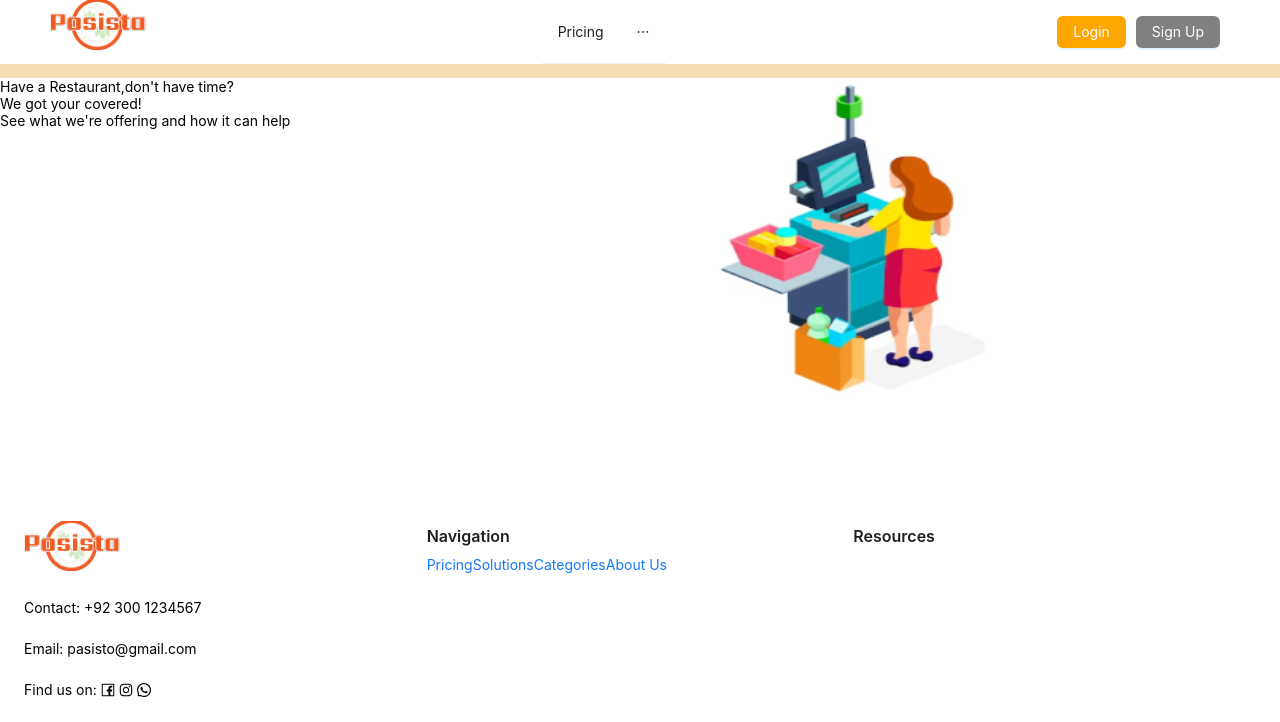
Repository: usmanarshad90/Posista
Page: / (app in test/)
An editor plug-in stored every save of this project. The page is shown before and after the next save, followed by the edit.
The browser window is 1280 px wide. The pictures show the whole page.
The project was rebuilt for these pictures with package versions that can differ from the ones it lists, and the page was loaded fresh each time. Also part of the build but not shown: test/src/components/Pricing/Pricing.jsx, test/src/components/Solution/Solutions.jsx, test/src/components/About/AboutUs.jsx, test/src/components/login/login.jsx, test/src/components/signup/signup.jsx.

Above is the page before, as saved 2023-11-28 14:29:59.

### test/public/index.html
<!DOCTYPE html>
<html lang="en">
  <head>
    <meta charset="utf-8" />
    <link rel="icon" href="%PUBLIC_URL%/favicon.ico" />
    <meta name="viewport" content="width=device-width, initial-scale=1" />
    <meta name="theme-color" content="#000000" />
    <meta
      name="description"
      content="Web site created using create-react-app"
    />
    <link rel="apple-touch-icon" href="%PUBLIC_URL%/logo192.png" />

    <link rel="manifest" href="%PUBLIC_URL%/manifest.json" />

    <title>Posisto</title>
  </head>
  <body>
    <noscript>You need to enable JavaScript to run this app.</noscript>
    <div id="root"></div>



  </body>
</html>

### test/src/index.css
body {
  margin: 0;
  font-family: -apple-system, BlinkMacSystemFont, 'Segoe UI', 'Roboto', 'Oxygen',
    'Ubuntu', 'Cantarell', 'Fira Sans', 'Droid Sans', 'Helvetica Neue',
    sans-serif;
  -webkit-font-smoothing: antialiased;
  -moz-osx-font-smoothing: grayscale;
}

code {
  font-family: source-code-pro, Menlo, Monaco, Consolas, 'Courier New',
    monospace;
}
.background{
  background-image: url("./images/background.jpg")!important;

}



/* .container{
  max-width: 1000px;
  margin: auto;
  width: 100%;
  padding-inline: 1rem;
  padding-block:5rem;

} */

### test/src/App.js
import {BrowserRouter  as Router , Routes , Route} from 'react-router-dom'
import Home from './components/Home/Home';

import Pricing from './components/Pricing/Pricing';
import Solutions from './components/Solution/Solutions';
import AboutUs from './components/About/AboutUs';
import Login from './components/login/login';
import SignUp from './components/signup/signup';


function App() {
  return (
    <Router>
    {/* if i can do it like this all pages come on the header */}

      <Routes>

        {/* if i can do it like this header individually come on the each page*/}

        <Route path="/" element={< Home/>} />
        <Route path="/login" element={<Login/>}/>
        <Route path="/signup" element={<SignUp/>} />

        <Route path="/pricing" element={< Pricing/>} />
        <Route path="/solution" element={< Solutions/>} />
        <Route path="/about" element={<AboutUs/>} />

        </Routes>
        {/* for footer i can call here */}

        </Router>
  );
}

export default App;

### test/src/components/Home/Home.jsx
import React from 'react'
import PageHeader from '../PageHeader/PageHeader'
import HeroSection from '../HeroSection/HeroSection'
import PageFooter from '../Footer/Footer'

const Home = () => {
  return (
    <>
    <PageHeader/>
    <HeroSection/>



    <PageFooter/>

    </>
  )
}

export default Home

### test/src/components/PageHeader/PageHeader.jsx
import React from 'react'
import { Layout, Menu, Button, Row, Col } from 'antd';
import { Link } from 'react-router-dom';
import logoimage from '../../images/posistologo.png'
import {HomeOutlined, UserOutlined,SettingOutlined,} from '@ant-design/icons';

const { Header } = Layout;
const PageHeader = () => {
  return (
    <Row>
      <Col lg={24} xl={24} md={12} xs={4} >
    <Layout className="layout">
    <Header style={{ display: 'flex', justifyContent: 'space-between' ,backgroundColor: 'white' }}>
      <div className="logo" >

      <Link to={'/'}><img src={logoimage} alt="" width="100px"  /></Link>
        </div>
      <Menu  mode="horizontal" style={ {color:'black',backgroundColor: 'transparent'}} >
        <Link to={'/pricing'} ><Menu.Item key="1" >Pricing</Menu.Item></Link>


        <Link to={'/solution'} ><Menu.Item key="2" >Solutions</Menu.Item></Link>

        <Link to={'/about'} ><Menu.Item key="3" >About Us</Menu.Item></Link>
      </Menu>

      <div>

        <Link to="/login"><Button type="primary" style={{ marginRight: '10px', backgroundColor: 'orange' }}>Login</Button>
        </Link>
        <Link to="/signup"><Button type="primary" style={{ marginRight: '10px', backgroundColor: 'grey' }}>Sign Up</Button></Link>
      </div>




    </Header>
  </Layout>
  </Col>
  </Row>
  )
}

export default PageHeader;

### test/src/components/HeroSection/HeroSection.jsx
import React from 'react'
import { Row,Col,Image,Divider} from 'antd';

import image from '../../images/design.png'

const HeroSection = () => {




      const DemoBox = (props) => <p className={`height-${props.value}`}>{props.children}</p>;
  return (
    <>
    <Row  >
      <Col  lg={{ span:24, order: 1 }} md={24} xs={24} xl={24} xxl={24}  style={{background:'wheat'}}>
      <DemoBox value={'100%'}> </DemoBox>
        </Col>

    <Col lg={{ span: 12, order: 2 }} md={8} xs={4} xl={12}>

    <div   >

         Have a Restaurant,don't have time? <br />
         We got your covered! <br/>

         <div   >See what we're offering and how it can help <br />


         </div>
    </div>
    </Col>
    <Col lg={{ span: 12, order: 3 }}md={8} xs={4} xl={12}>
    <Image width={'70%'} preview={false} height={'90%'} src={image} alt="#" />

    </Col>
   </Row>
   </>
  )
}

export default HeroSection

### test/src/components/Footer/Footer.jsx
import React from 'react'
import { Layout, Menu, Row, Col, Typography } from 'antd';
import { Link } from 'react-router-dom';
import logoimage from '../../images/posistologo.png';
import { FacebookOutlined,InstagramOutlined , WhatsAppOutlined} from '@ant-design/icons';
// const {PageFooter}=Layout;




const Footer = () => {
  const style = {
    background: '',
    text_align:'left',
    padding: ' 12px ',



  };


  return (
    <Row><Col  lg={{ span:8, order: 1 }} md={6} xs={4} xl={8} xxl={8} style={style} >

      <div style={style} className="logo" >

      <Link to={'/'}><img src={logoimage} alt="" width="100px"  /></Link>
      </div>
      <div style={style}>Contact: +92 300 1234567</div>
      <div style={style}>Email: pasisto@gmail.com</div>
      <div style={style}>Find us on: <FacebookOutlined  /> <InstagramOutlined /> <WhatsAppOutlined /></div>

      </Col>

      <Col  lg={{ span:8, order: 1 }} md={6} xs={4} xl={8} xxl={8}   >

      <Typography.Title level={5} >Navigation </Typography.Title>



      <Link to={'/pricing'} >Pricing</Link>


      <Link to={'/solution'} >Solutions</Link>
      <Link to={'/about'} >Categories</Link>
      <Link to={'/about'} >About Us</Link>


      </Col>

      <Col  lg={{ span:8, order: 1 }} md={6} xs={4} xl={8} xxl={8}   >
        <Typography.Title level={5}>Resources</Typography.Title>
        <div></div>
      </Col>




    </Row>

  )
}

export default Footer

Loaded but not shown: test/src/index.js (common file)

After the next save:
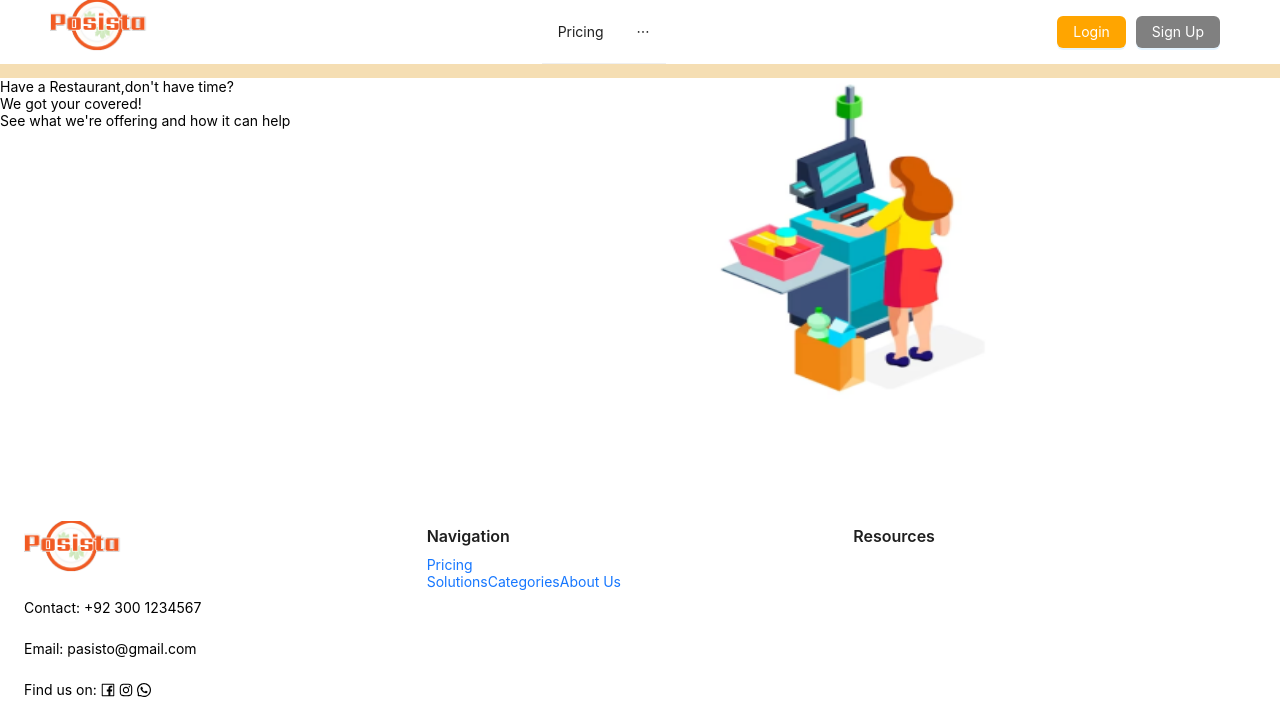
Saved 10 s later.
--- a/test/src/components/Footer/Footer.jsx
+++ b/test/src/components/Footer/Footer.jsx
@@ -38,7 +38,7 @@ const Footer = () => {
 
 
 
-      <Link to={'/pricing'} >Pricing</Link>
+      <Link to={'/pricing'} >Pricing</Link> <br />
 
 
       <Link to={'/solution'} >Solutions</Link>
